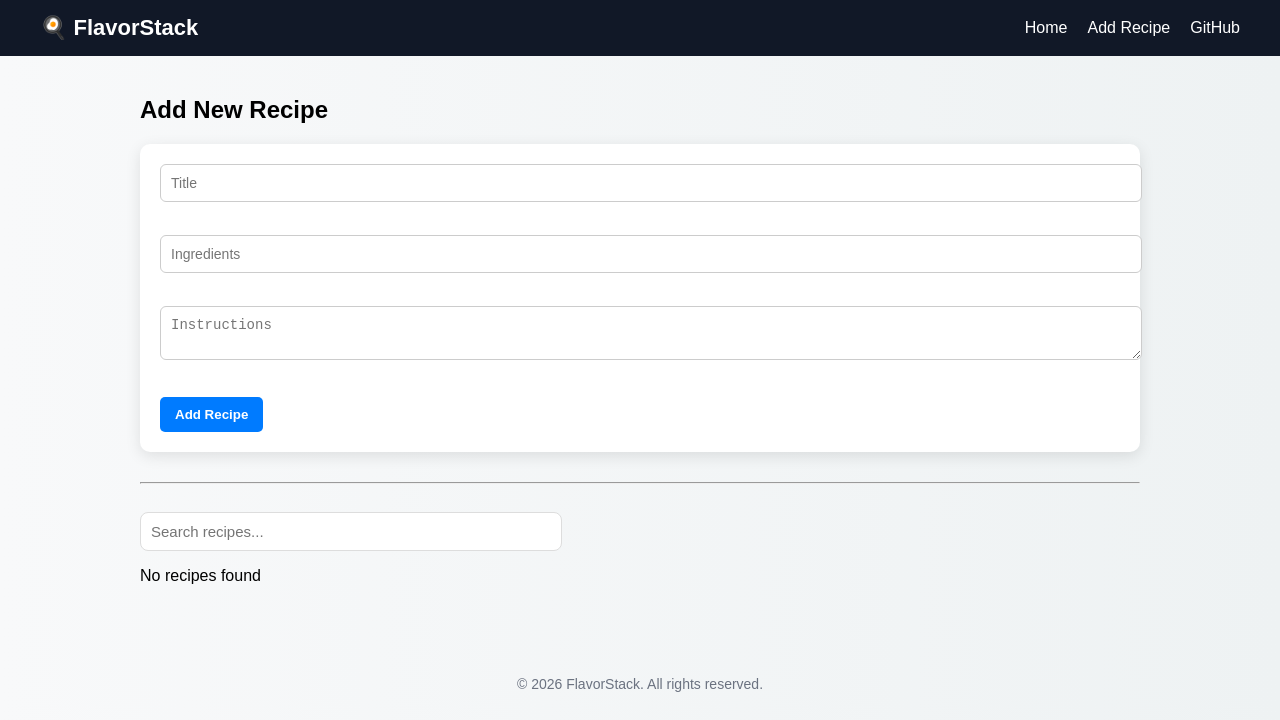
Repository: arshathdevo/recipeblogfrontend
Page: /
An editor plug-in stored every save of this project. The page is shown before and after the next save, followed by the edit.
The browser window is 1280 px wide. The pictures show the whole page.
The page's requests for data from a server got no answer. The project was rebuilt for these pictures with package versions that can differ from the ones it lists, and the page was loaded fresh each time. No one was signed in, and anything a server would have sent is missing.

Above is the page before, as saved 2026-02-14 12:50:14.

### src/App.js
// import React, { useEffect, useState } from "react";
// import axios from "axios";


// function App() {
//   const [recipes, setRecipes] = useState([]);

//   useEffect(() => {
//     fetchRecipes();
//   }, []);

//   const fetchRecipes = async () => {
//     try {
//       const res = await axios.get("http://localhost:5000/api/recipes");
//       setRecipes(res.data);
//     } catch (error) {
//       console.error("Error fetching recipes:", error);
//     }
//   };
//   const [title, setTitle] = useState("");
// const [ingredients, setIngredients] = useState("");
// const [instructions, setInstructions] = useState("");

// const handleSubmit = async (e) => {
//   e.preventDefault();

//   try {
//     await axios.post("http://localhost:5000/api/recipes", {
//       title,
//       ingredients,
//       instructions,
//     });

//     // Clear form
//     setTitle("");
//     setIngredients("");
//     setInstructions("");

//     // Refresh recipe list
//     fetchRecipes();
//   } catch (error) {
//     console.error("Error adding recipe:", error);
//   }
// };


//   return (
//     <div style={{ padding: "20px" }}>
//       <h1>Recipe Blog App 🍲</h1>

//       {recipes.length === 0 ? (
//         <p>No recipes found</p>
//       ) : (
//         recipes.map((recipe) => (
//           <div
//             key={recipe._id}
//             style={{
//               border: "1px solid #ccc",
//               padding: "10px",
//               margin: "10px 0",
//             }}
//           >
//             <h2>Add New Recipe</h2>
// <form onSubmit={handleSubmit}>
//   <input
//     type="text"
//     placeholder="Title"
//     value={title}
//     onChange={(e) => setTitle(e.target.value)}
//   />
//   <br /><br />

//   <input
//     type="text"
//     placeholder="Ingredients"
//     value={ingredients}
//     onChange={(e) => setIngredients(e.target.value)}
//   />
//   <br /><br />

//   <textarea
//     placeholder="Instructions"
//     value={instructions}
//     onChange={(e) => setInstructions(e.target.value)}
//   />
//   <br /><br />

//   <button type="submit">Add Recipe</button>
// </form>

// <hr />

//             <h2>{recipe.title}</h2>
//             <p><strong>Ingredients:</strong> {recipe.ingredients}</p>
//             <p><strong>Instructions:</strong> {recipe.instructions}</p>
//           </div>
//         ))
//       )}
//     </div>
//   );
// }

// export default App;
import "./App.css";
import React, { useEffect, useState } from "react";
import axios from "axios";
import { motion } from "framer-motion";
import Header from "./Header";







function App() {
  const [recipes, setRecipes] = useState([]);
  const [title, setTitle] = useState("");
  const [ingredients, setIngredients] = useState("");
  const [instructions, setInstructions] = useState("");
  const [editId, setEditId] = useState(null);
  const [search, setSearch] = useState("");


  useEffect(() => {
    fetchRecipes();
  }, []);

  const fetchRecipes = async () => {
    try {
      const res = await axios.get("http://localhost:5000/api/recipes");
      setRecipes(res.data);
    } catch (error) {
      console.error("Error fetching recipes:", error);
    }
  };

 const handleSubmit = async (e) => {
  e.preventDefault();

  try {
    if (editId) {
      await axios.put(`http://localhost:5000/api/recipes/${editId}`, {
        title,
        ingredients,
        instructions,
      });
      setEditId(null);
    } else {
      await axios.post("http://localhost:5000/api/recipes", {
        title,
        ingredients,
        instructions,
      });
    }

    setTitle("");
    setIngredients("");
    setInstructions("");
    fetchRecipes();
  } catch (error) {
    console.error("Error saving recipe:", error);
  }
};

  const handleDelete = async (id) => {
  try {
    await axios.delete(`http://localhost:5000/api/recipes/${id}`);
    fetchRecipes(); // refresh list
  } catch (error) {
    console.error("Error deleting recipe:", error);
  }
};
const handleEdit = (recipe) => {
  setTitle(recipe.title);
  setIngredients(recipe.ingredients);
  setInstructions(recipe.instructions);
  setEditId(recipe._id);
};



  return (




    <>
      <Header />





    <div className="container">


      {/* ✅ FORM SHOULD BE OUTSIDE MAP */}
      <h2>Add New Recipe</h2>
      <form onSubmit={handleSubmit}>
        <input
          type="text"
          placeholder="Title"
          value={title}
          onChange={(e) => setTitle(e.target.value)}
        />
        <br /><br />

        <input
          type="text"
          placeholder="Ingredients"
          value={ingredients}
          onChange={(e) => setIngredients(e.target.value)}
        />
        <br /><br />

        <textarea
          placeholder="Instructions"
          value={instructions}
          onChange={(e) => setInstructions(e.target.value)}
        />
        <br /><br />

        <button type="submit">Add Recipe</button>
      </form>

      <hr />
      <input
  type="text"
  placeholder="Search recipes..."
  value={search}
  onChange={(e) => setSearch(e.target.value)}
  className="search"
/>

      {/* ✅ DISPLAY RECIPES */}
     {recipes.length === 0 ? (
  <p>No recipes found</p>
) : (


  <div className="recipe-grid">
  {recipes
    .filter((recipe) =>
      recipe.title.toLowerCase().includes(search.toLowerCase())
    )
    .map((recipe) => (
      <motion.div
        key={recipe._id}
        className="card"
        initial={{ opacity: 0, y: 30 }}
        animate={{ opacity: 1, y: 0 }}
        transition={{ duration: 0.5 }}
      >
        <h2>{recipe.title}</h2>
        <p><strong>Ingredients:</strong> {recipe.ingredients}</p>
        <p><strong>Instructions:</strong> {recipe.instructions}</p>

        <div className="button-group">
          <button
            className="edit-btn"
            onClick={() => handleEdit(recipe)}
          >
            Edit
          </button>

          <button
            className="delete-btn"
            onClick={() => handleDelete(recipe._id)}
          >
            Delete
          </button>
        </div>
      </motion.div>
    ))}
</div>

      )}


    </div>
    <footer className="footer">
  © {new Date().getFullYear()} FlavorStack. All rights reserved.
</footer>
</>
  );
}

export default App;

### src/App.css
body {
  margin: 0;
  font-family: 'Poppins', sans-serif;
  background: linear-gradient(to right, #f8f9fa, #eef2f3);
}

.header {
  display: flex;
  justify-content: space-between;
  align-items: center;
  padding: 15px 40px;
  background: #111827;
  color: white;
  position: sticky;
  top: 0;
  z-index: 1000;
}

.logo {
  font-size: 22px;
  font-weight: bold;
}

nav a {
  color: white;
  margin-left: 20px;
  text-decoration: none;
  transition: 0.3s;
}

nav a:hover {
  color: #facc15;
}

.container {
  padding: 40px;
}


.container {
  max-width: 1000px;
  margin: auto;
  padding: 20px;
}

h1 {
  text-align: center;
  color: #333;
}

form {
  background: white;
  padding: 20px;
  border-radius: 10px;
  box-shadow: 0 4px 15px rgba(0, 0, 0, 0.1);
  margin-bottom: 30px;
}

form input,
form textarea {
  width: 100%;
  padding: 10px;
  margin-bottom: 15px;
  border-radius: 6px;
  border: 1px solid #ccc;
  font-size: 14px;
}

form button {
  background-color: #007bff;
  padding: 10px 15px;
  font-weight: bold;
}

form button:hover {
  background-color: #0056b3;
}

.recipe-grid {
  display: grid;
  grid-template-columns: repeat(auto-fit, minmax(280px, 1fr));
  gap: 20px;
}

.card {
  background: white;
  padding: 15px;
  border-radius: 10px;
  box-shadow: 0 4px 12px rgba(0, 0, 0, 0.08);
  transition: transform 0.2s ease;
}

.card:hover {
  transform: translateY(-5px);
}

.card h2 {
  margin-top: 0;
}

.button-group {
  margin-top: 10px;
}

.edit-btn {
  background-color: #28a745;
  margin-right: 10px;
}

.edit-btn:hover {
  background-color: #1e7e34;
}

.delete-btn {
  background-color: #dc3545;
}

.delete-btn:hover {
  background-color: #b02a37;
}

button {
  border: none;
  color: white;
  padding: 8px 12px;
  border-radius: 5px;
  cursor: pointer;
}
.card {
  background: white;
  padding: 20px;
  border-radius: 10px;
  box-shadow: 0 8px 20px rgba(0,0,0,0.1);
  margin-bottom: 20px;
  transition: transform 0.3s ease, box-shadow 0.3s ease;
}

.card:hover {
  transform: translateY(-8px);
  box-shadow: 0 15px 30px rgba(0,0,0,0.2);
}
.footer {
  text-align: center;
  padding: 15px 0;
  font-size: 14px;
  color: #6b7280;
  margin-top: 40px;
}

.search {
  width: 100%;
  max-width: 400px;
  padding: 10px;
  border-radius: 8px;
  border: 1px solid #ddd;
  margin-top: 20px;
  font-size: 15px;
  outline: none;
}

.search:focus {
  border-color: #3b82f6;
  box-shadow: 0 0 5px rgba(59,130,246,0.4);
}

### src/Header.js
function Header() {
  return (
    <header className="header">
      <div className="logo">🍳 FlavorStack</div>
      <nav>
        <a href="/">Home</a>
        <a href="#add">Add Recipe</a>
        <a href="https://github.com/yourusername" target="_blank">GitHub</a>
      </nav>
    </header>
  );
}

export default Header;

Loaded but not shown: src/index.js (common file)

After the next save:
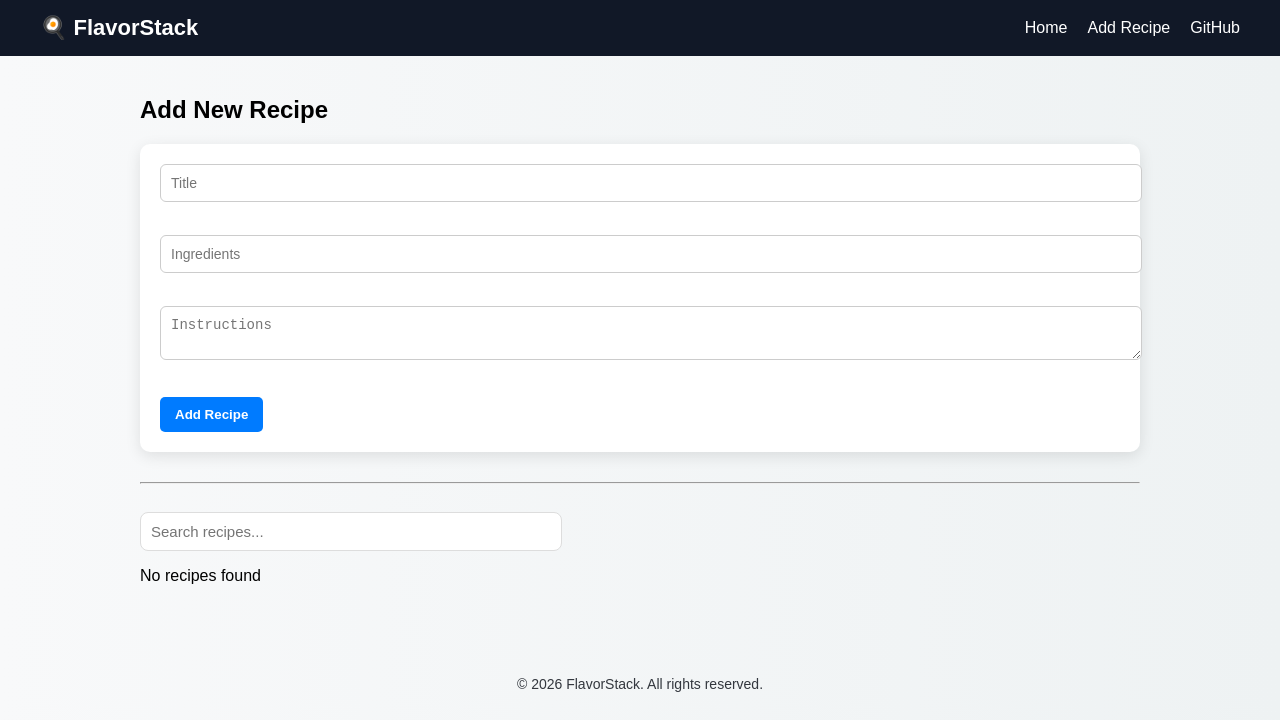
Saved 27 s later.
--- a/src/App.css
+++ b/src/App.css
@@ -143,7 +143,7 @@ button {
   text-align: center;
   padding: 15px 0;
   font-size: 14px;
-  color: #6b7280;
+  color: #33373e;
   margin-top: 40px;
 }
 
